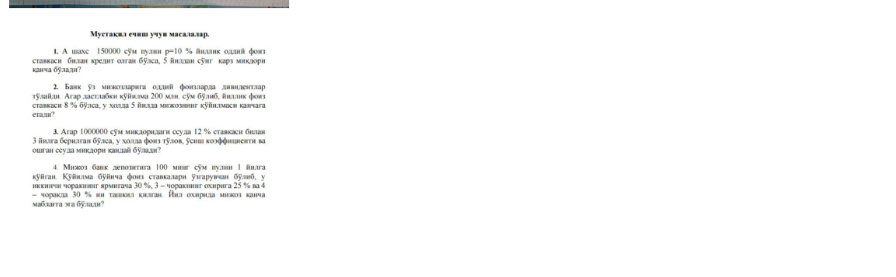
Repository: Ikromkhurozov/exam-inst
Page: index.html
An editor plug-in stored every save of this project. The page is shown before and after a run of saves, followed by the edit.
The browser window is 1280 px wide. The pictures show the part of the page from y = 2727 to 4647 px (the page is 3123 px tall before and 4647 px after), at 70% of full size.

Above is the page before, as saved 2023-05-26 09:52:41.

### index.html
<!DOCTYPE html>
<html lang="en">
<head>
  <meta charset="UTF-8">
  <meta http-equiv="X-UA-Compatible" content="IE=edge">
  <meta name="viewport" content="width=device-width, initial-scale=1.0">
  <title>Document</title>

  <style>

    body{
      display: flex;
      flex-direction: column;
      padding: 5px;
    }

    img{
      width: 400px;
      height: auto;
    }

  </style>
</head>
<body>

  <img src="/p1.jpg" alt="p1">
  <img src="/p4.jpg" alt="p4">
  <img src="/p2.jpg" alt="p2">
  <img src="/p3.jpg" alt="p3">

  <hr>

  <img src="/1.jpg" alt="p1">
  <img src="/2.jpg" alt="p4">
  <img src="/3.jpg" alt="p2">
  <img src="/4.jpg" alt="p3">


  <script src="./script.js"></script>

</body>
</html>

### script.js

let a = {
  name: "77"
};

let b = a;

b.name = "99";

console.log("a", a);
console.log("b", b);

After the next 3 saves:
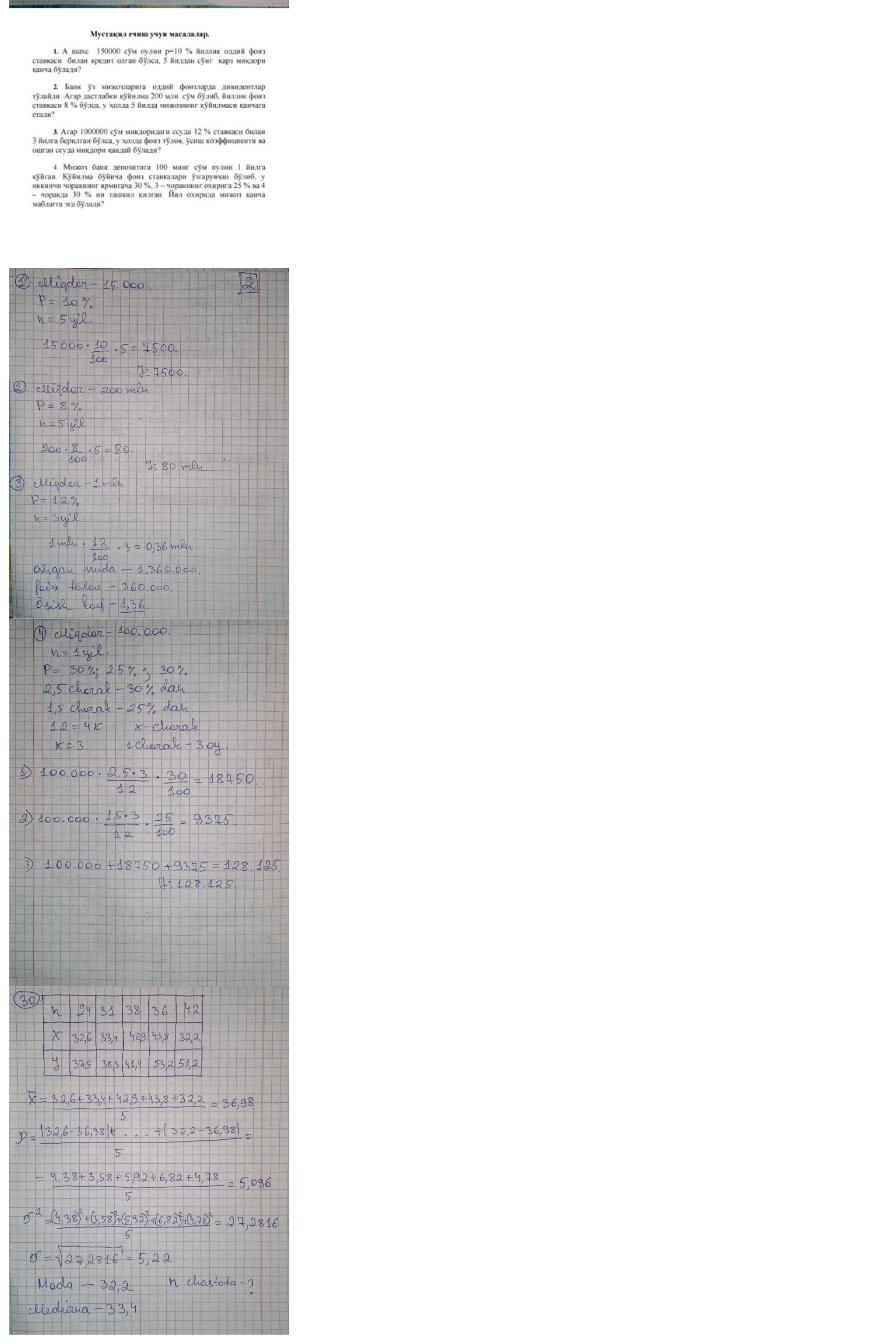
The 3 saves are shown as one change because they came seconds apart.
The last was saved 14 s later.
--- a/index.html
+++ b/index.html
@@ -34,6 +34,9 @@
   <img src="/2.jpg" alt="p4">
   <img src="/3.jpg" alt="p2">
   <img src="/4.jpg" alt="p3">
+  <img src="/5.jpg" alt="p4">
+  <img src="/6.jpg" alt="p2">
+  <img src="/7.jpg" alt="p3">
 
 
   <script src="./script.js"></script>
